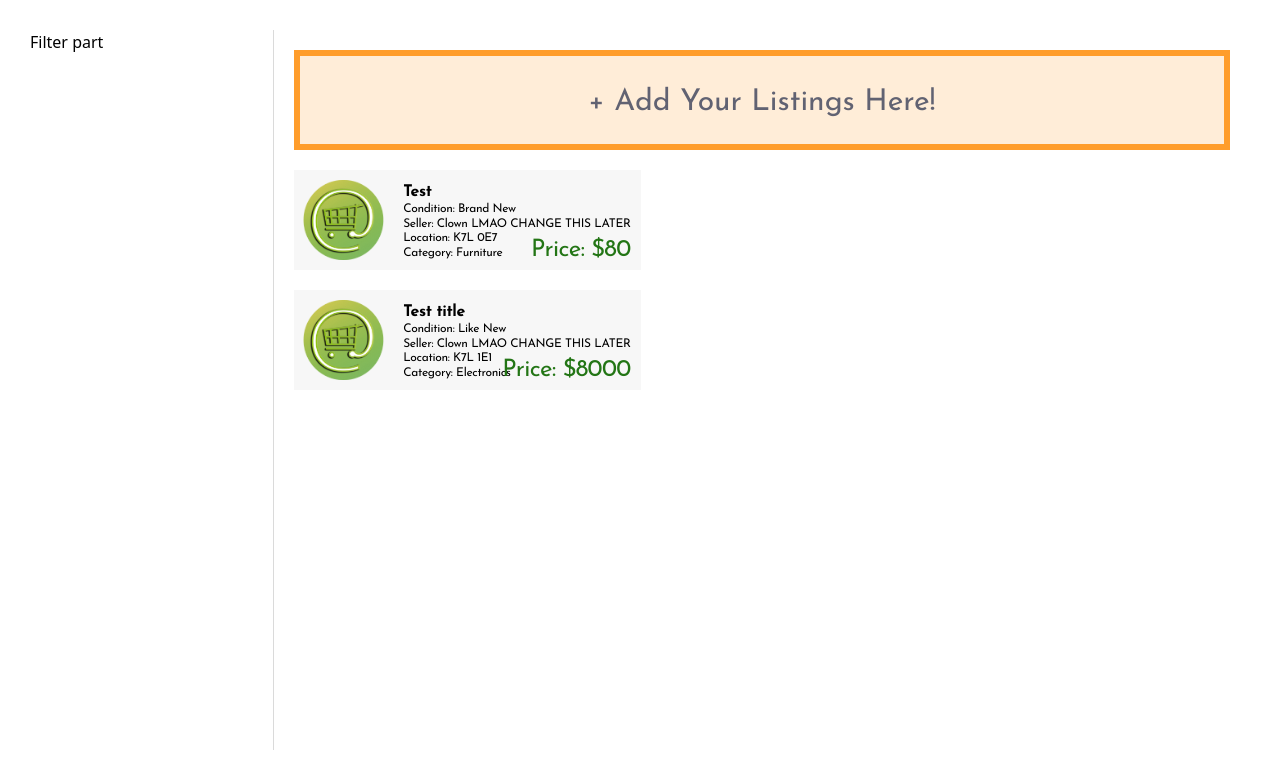
Repository: AdwaitSri/Kingston-Marketplace
Page: /listings (app in qhacks-24/)
The author's editor kept a copy of each file at every save. The page is drawn from the files as they stood at one save, then again after the next save.
The browser window is 1280 px wide. The pictures show the whole page.
The project was rebuilt for these pictures with package versions that can differ from the ones it lists, and the page was loaded fresh each time. Also part of the build but not shown: qhacks-24/src/components/HomeNavbar.js, qhacks-24/src/pages/Home.js, qhacks-24/src/pages/Signup.js, qhacks-24/src/components/CreationNavbar.js, qhacks-24/src/pages/Creation.js, qhacks-24/src/pages/Item.js.

Above is the page before, as saved 2024-02-03 16:09:55.

### qhacks-24/public/index.html
<!DOCTYPE html>
<html lang="en">
  <head>
    <meta charset="utf-8" />
    <link rel="preconnect" href="https://fonts.googleapis.com">
    <link rel="preconnect" href="https://fonts.gstatic.com" crossorigin>
    <link href="https://fonts.googleapis.com/css2?family=Josefin+Sans:ital,wght@0,100;0,200;0,300;0,400;0,500;0,600;0,700;1,100;1,200;1,300;1,400;1,500;1,600;1,700&display=swap" rel="stylesheet">
    <link rel="icon" href="%PUBLIC_URL%/favicon.ico" />
    <meta name="viewport" content="width=device-width, initial-scale=1" />
    <meta name="theme-color" content="#000000" />
    <meta
      name="description"
      content="Web site created using create-react-app"
    />
    <link rel="apple-touch-icon" href="%PUBLIC_URL%/logo192.png" />
    <!--
      manifest.json provides metadata used when your web app is installed on a
      user's mobile device or desktop. See https://developers.google.com/web/fundamentals/web-app-manifest/
    -->
    <link rel="manifest" href="%PUBLIC_URL%/manifest.json" />
    <!--
      Notice the use of %PUBLIC_URL% in the tags above.
      It will be replaced with the URL of the `public` folder during the build.
      Only files inside the `public` folder can be referenced from the HTML.

      Unlike "/favicon.ico" or "favicon.ico", "%PUBLIC_URL%/favicon.ico" will
      work correctly both with client-side routing and a non-root public URL.
      Learn how to configure a non-root public URL by running `npm run build`.
    -->
    <title>React App</title>
  </head>
  <body>
    <noscript>You need to enable JavaScript to run this app.</noscript>
    <div id="root"></div>
    <!--
      This HTML file is a template.
      If you open it directly in the browser, you will see an empty page.

      You can add webfonts, meta tags, or analytics to this file.
      The build step will place the bundled scripts into the <body> tag.

      To begin the development, run `npm start` or `yarn start`.
      To create a production bundle, use `npm run build` or `yarn build`.
    -->
  </body>
</html>

### qhacks-24/src/pages/Listings.js
import React from "react";
import { Link } from "react-router-dom";

export default function Listings() {
    const exampleData = [
        {
            condition: ["checked", "", "", ""],
            description: "Test 2",
            postalcode: "K7L 0E7",
            price: "80",
            title: "Test",
            category: ["", "", "checked", "", ""]
        },
        {
            condition: ["", "checked", "", ""],
            description: "zazas",
            postalcode: "K7L 1E1",
            price: "8000",
            title: "Test title",
            category: ["", "", "", "checked", ""]
        },
    ];

    const sellerName = "Clown LMAO CHANGE THIS LATER";

    function getCondition(info) {
        let name = "";
        let index = -1;
        for (let i = 0; i < info.length; i++) {
            if (info[i] !== '') {
                index = i;
                break;
            }
        }
        const conditions = ["Brand New", "Like New", "Lightly Used", "Used"];
        if (index >= 0) {
            name = conditions[index];
        }
        return name;
    }

    function getCategory(info) {
        let name = "";
        let index = -1;
        for (let i = 0; i < info.length; i++) {
            if (info[i] !== '') {
                index = i;
                break;
            }
        }
        const categories = ["Entertainment", "Kitchenware", "Furniture", "Electronics", "Other"];
        if (index >= 0) {
            name = categories[index];
        }
        return name;
    }

    const listingCards = exampleData.map((data) => {
        return (
            <div className="flex justify-between m-[20px]">
                <Link
                    to={{
                        pathname: '/item',
                        state: { message: 'hello from listings!' }
                    }}
                >
                    <div
                        className="w-full h-[100px] bg-[#f7f7f7] flex items-center"
                    >
                        <img src="/images/logo.png" alt="placeholder" className="h-[80%]"/>
                        <div className='h-full w-full p-[10px] relative'>
                            <p className="font-jose font-bold tracking-tight h-[25%]">{data.title}</p>
                            <p className="font-jose text-[12px] tracking-tight">Condition: {getCondition(data.condition)}</p>
                            <p className="font-jose text-[12px] relative top-[-3px] tracking-tight">Seller: {sellerName}</p>
                            <p className="font-jose text-[12px] relative top-[-7px] tracking-tight">Location: {data.postalcode}</p>
                            <p className="font-jose text-[12px] relative top-[-10px] tracking-tight">Category: {getCategory(data.category) ? getCategory(data.category) : "???"}</p>
                            <p className="font-jose text-[24px] relative top-[-40px] text-[#237515] float-right tracking-tight">Price: ${data.price}</p>
                        </div>
                    </div>
                </Link>
            </div>
        )
    });

    return (
        <div
            className="flex h-[100dvh] m-[30px]"
        >
            <div
                className=" w-1/5 border-r-[1px] border-[#aaaaaa70]"
            >
                Filter part
            </div>

            <div
                className="w-4/5"
            >
                <div className="flex justify-between m-[20px]">
                    <div
                        className="w-full h-[100px] bg-[#f7f7f7] flex items-center"
                    >
                        <Link
                            to="/creation"
                            className="border-[6px] border-[#ff9d2b] w-full h-full text-3xl font-normal text-[#616272] bg-[#ffedd8]"
                        >
                            <button
                                className="font-jose relative top-[3px] text-center w-full h-full text-3xl"
                            >
                                + Add Your Listings Here!
                        </button>
                        </Link>
                    </div>
                </div>
                {listingCards}
            </div>
        </div>
    )

}

Loaded but not shown: qhacks-24/src/index.css (common file); qhacks-24/src/App.css (common file); qhacks-24/src/App.js (24 lines, source omitted); qhacks-24/src/index.js (19 lines, source omitted); qhacks-24/tailwind.config.js (18 lines, source omitted); qhacks-24/src/output.css (1762 lines, source omitted)

After the next save:
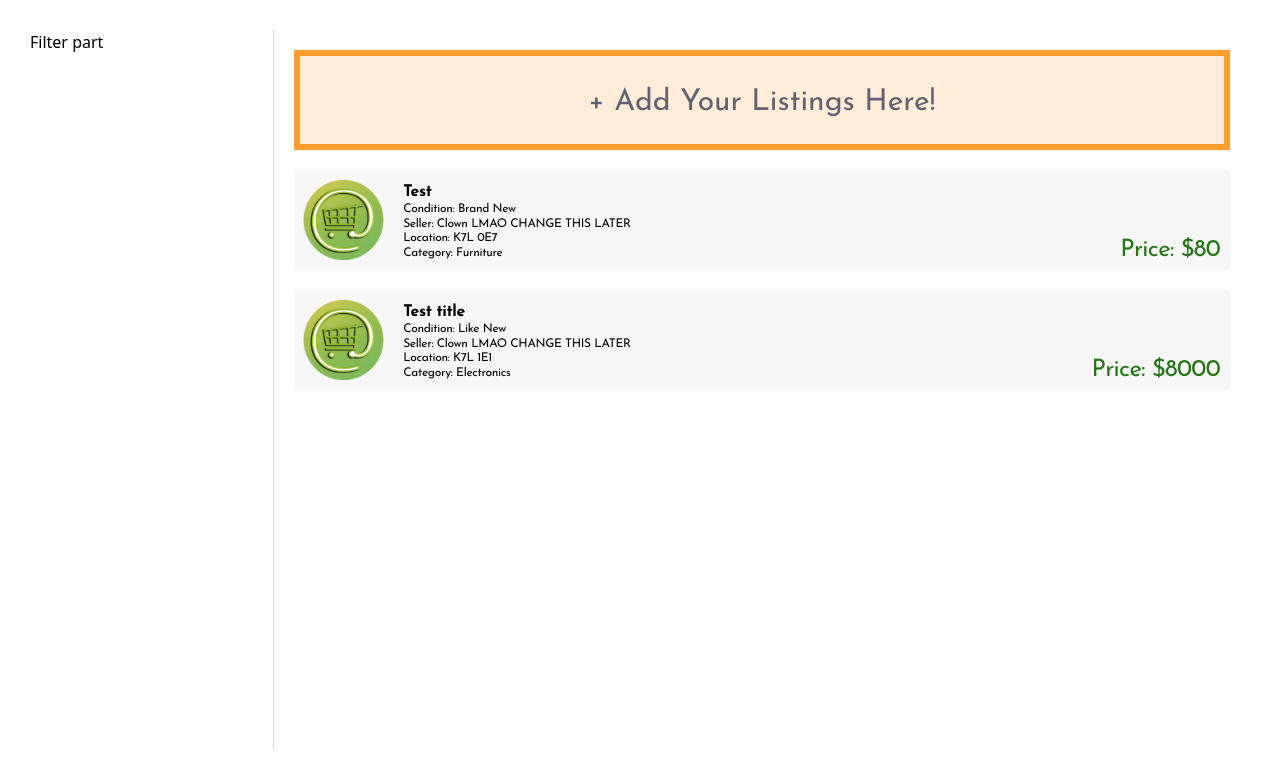
Saved 8 min 11 s later.
--- a/qhacks-24/src/pages/Listings.js
+++ b/qhacks-24/src/pages/Listings.js
@@ -63,6 +63,7 @@
                         pathname: '/item',
                         state: { message: 'hello from listings!' }
                     }}
+                    className="w-full"
                 >
                     <div
                         className="w-full h-[100px] bg-[#f7f7f7] flex items-center"
